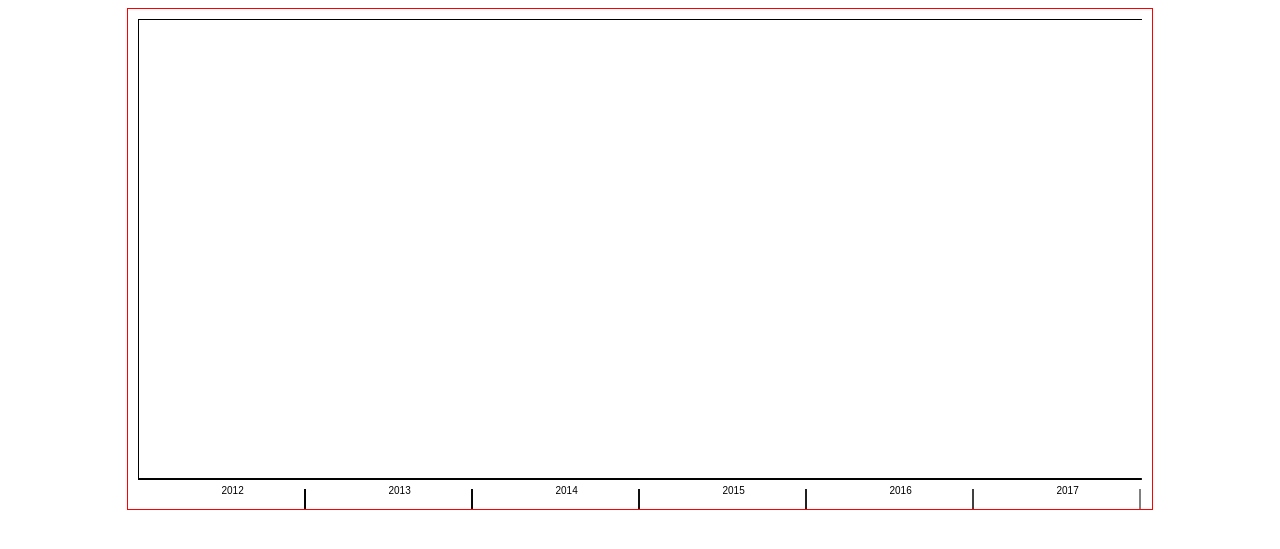
Repository: cw19931024/Demo
Page: canvas.html
The author's editor kept a copy of each file at every save. The page is drawn from the files as they stood at one save, then again after the next save.
The browser window is 1280 px wide. The pictures show the whole page.

Above is the page before, as saved 2017-07-27 14:54:35.

After the next save:
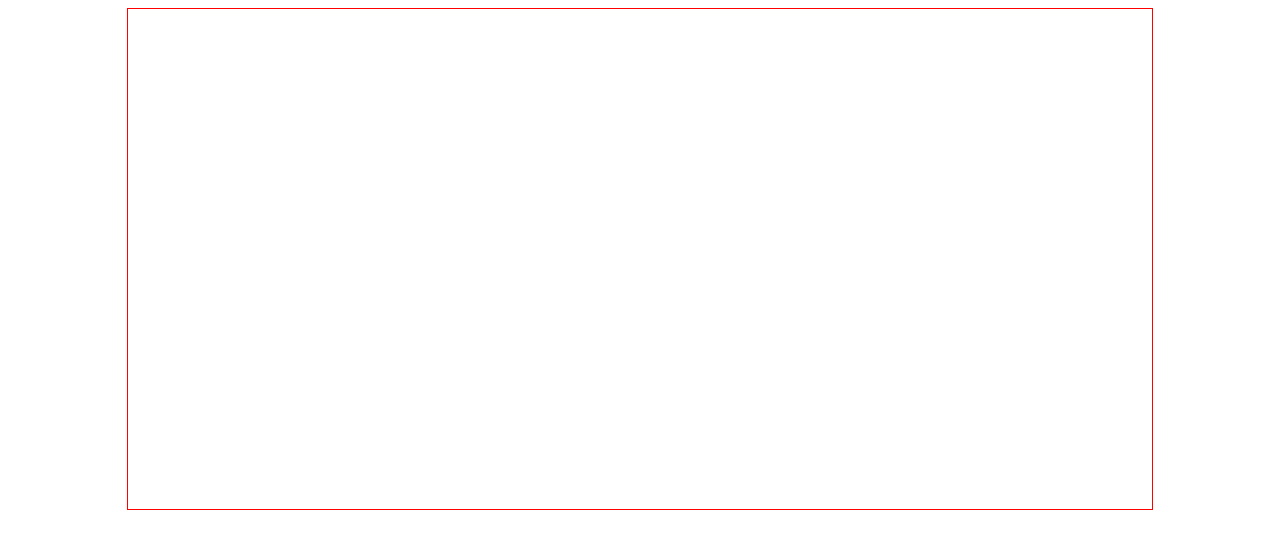
Console error: SyntaxError: missing ) after argument list
Saved 7 s later.
--- a/canvas.html
+++ b/canvas.html
@@ -54,7 +54,7 @@
     for(var i=0;i<data.length;i++){
         var xAxis = data[i].xAxis;
         var xlen = xLength * (i + 1);
-        context.moveTo(padding + xlen, height);
+        context.moveTo(padding + xlen, height—20);
         context.lineTo(padding + xlen, height-20);
         context.stroke();                                       // 画轴线上的刻度
         context.fillText(xAxis, padding + xlen - xLength / 2, height - padding-5);   // 填充文字

After the save that followed:
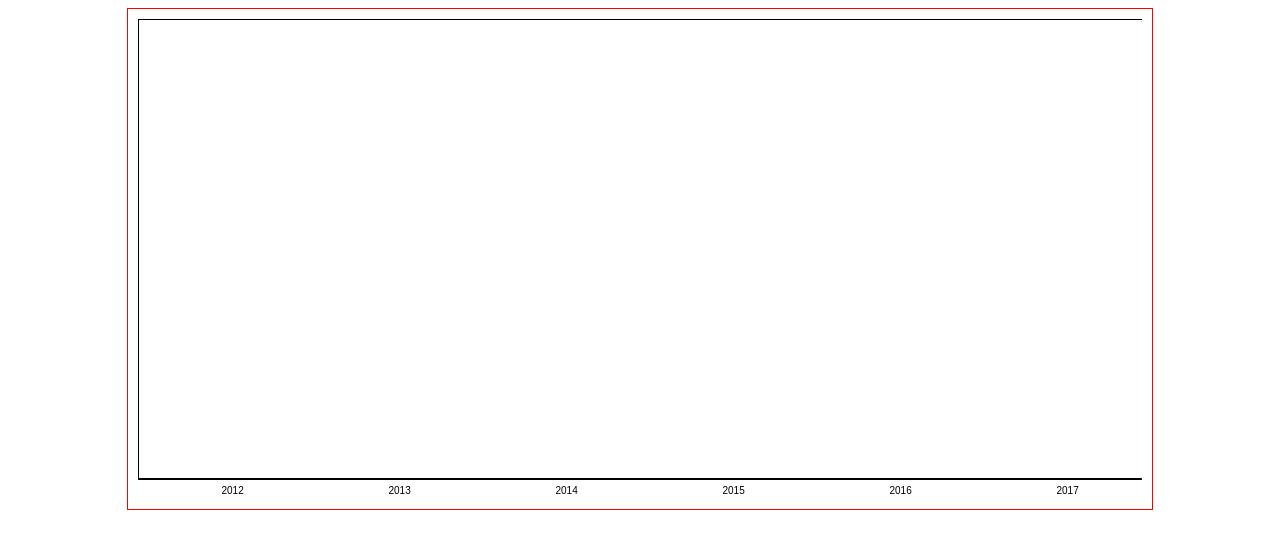
The error is gone.
Saved 7 s later.
--- a/canvas.html
+++ b/canvas.html
@@ -54,8 +54,8 @@
     for(var i=0;i<data.length;i++){
         var xAxis = data[i].xAxis;
         var xlen = xLength * (i + 1);
-        context.moveTo(padding + xlen, height—20);
-        context.lineTo(padding + xlen, height-20);
+        context.moveTo(padding + xlen, height+20);
+        context.lineTo(padding + xlen, height);
         context.stroke();                                       // 画轴线上的刻度
         context.fillText(xAxis, padding + xlen - xLength / 2, height - padding-5);   // 填充文字
     }
